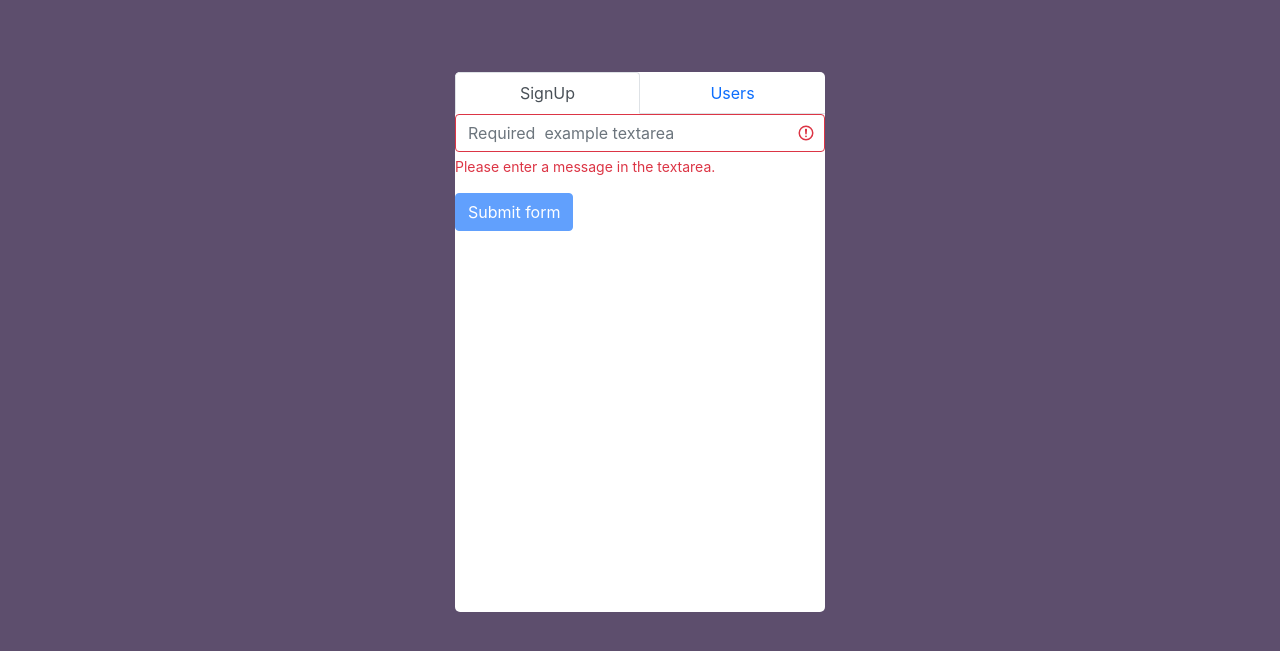
Repository: asadalibest1/SignUp-from
Page: /
An editor plug-in stored every save of this project. The page is shown before and after a run of saves, followed by the edit.
The browser window is 1280 px wide. The pictures show the whole page.
The project was rebuilt for these pictures with package versions that can differ from the ones it lists, and the page was loaded fresh each time. Also part of the build but not shown: src/components/SignUp/SignUp.css, src/components/Users/Users.css.

Above is the page before, as saved 2021-02-06 22:00:02.

After the next 2 saves:
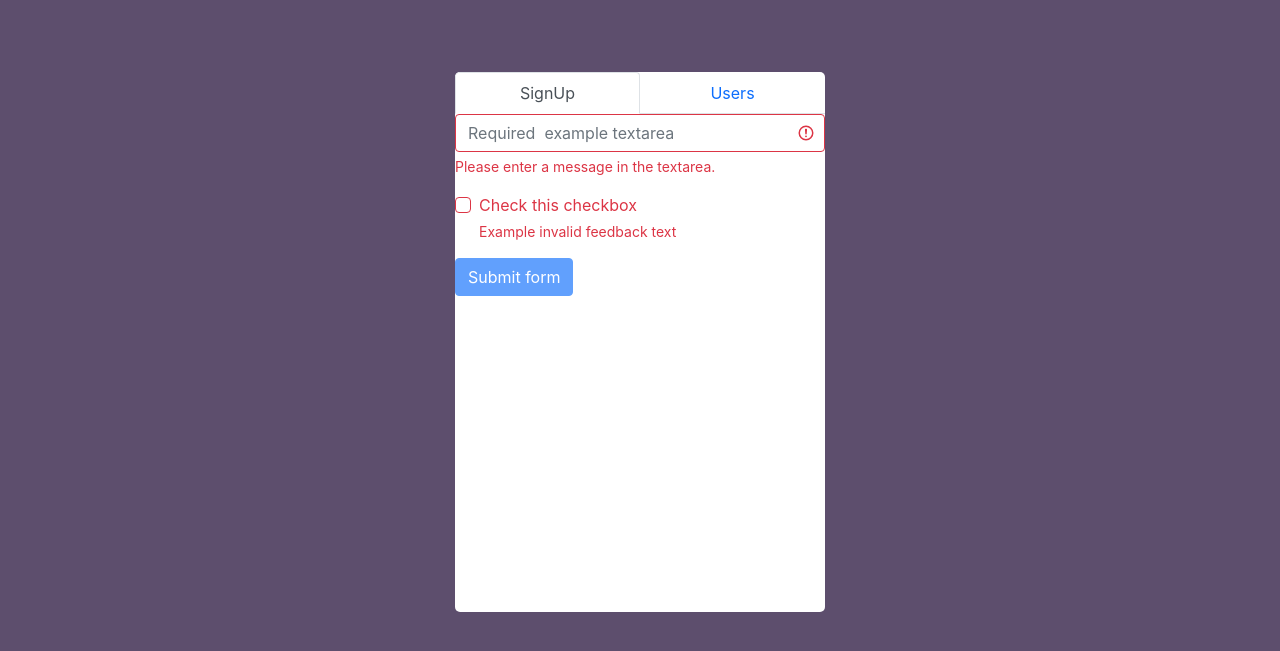
The 2 saves are shown as one change because 1 did not build or start.
The last was saved 40 s later.
--- a/src/components/SignUp/SignUp.js
+++ b/src/components/SignUp/SignUp.js
@@ -15,6 +15,11 @@ export default function SignUp() {
   </div>
 
 
+  <div className="form-check mb-3">
+    <input type="checkbox" className="form-check-input" id="validationFormCheck1" required />
+    <label className="form-check-label" for="validationFormCheck1">Check this checkbox</label>
+    <div className="invalid-feedback">Example invalid feedback text</div>
+  </div>
 
 
   <div className="mb-3">
